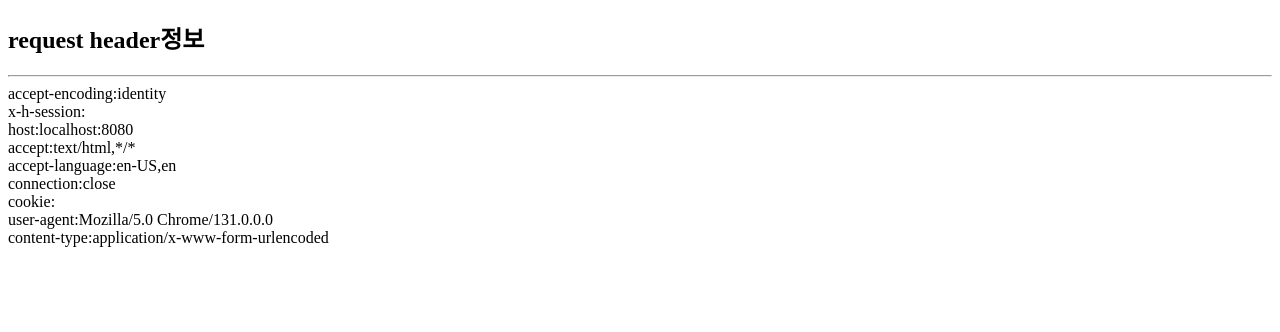
Repository: kimjoohye/study_WEB
Page: http://localhost/studyhtml5/jsp/j01/h08_request_header.jsp
These files come from the project's save history. The page is drawn as it stood at one moment and after the next save; the edit follows.
The browser window is 1280 px wide. The pictures show the whole page.
The page is served by Tomcat 9. Other server files are loaded and not shown.

Above is the page before, as saved 2022-05-13 05:17:33.

### workspace/studyhtml5/WebContent/jsp/j01/h08_request_header.jsp
<%@page import="java.util.Enumeration"%>
<%@ page language="java" contentType="text/html; charset=UTF-8"
    pageEncoding="UTF-8"%>
<!DOCTYPE html>
<html>
<head>
<meta charset="UTF-8">
<title>Insert title here</title>
</head>
<body>
	<h2>request header정보</h2>
	<hr/>
	<%--
		getHeaderNames() 요청과 관련된 모든 해더의 이름을 구한다.
	  getHeader(name) 이름이 name인 해더의 값을 String으로 구한다.
  --%>
	<%
	   Enumeration<String> names = request.getHeaderNames();
	   while(names.hasMoreElements()) {
		   String headerName = names.nextElement();
		   // System.out.println("headerName: "+ headerName);
		   out.println(headerName + ":" + request.getHeader(headerName)+"<br/>" );
	   }

	   String userAgent = request.getHeader("user-agent");
	%>

</body>
</html>

After the next save:
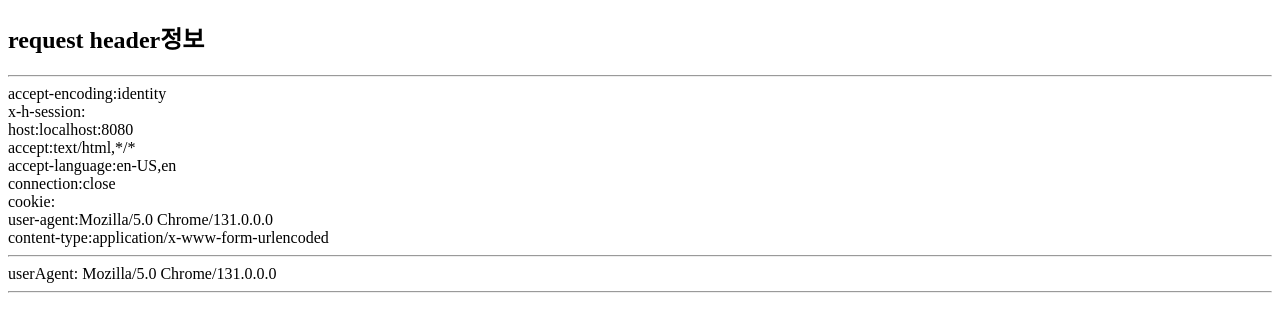
Saved 70 s later.
--- a/workspace/studyhtml5/WebContent/jsp/j01/h08_request_header.jsp
+++ b/workspace/studyhtml5/WebContent/jsp/j01/h08_request_header.jsp
@@ -21,8 +21,12 @@
 		   // System.out.println("headerName: "+ headerName);
 		   out.println(headerName + ":" + request.getHeader(headerName)+"<br/>" );
 	   }
+	   out.println("<hr/>");
+	   String userAgent = request.getHeader("user-agent");
+	   String host = request.getHeader("host");
+	   out.println("userAgent: "+userAgent+"<br/>");
+	   out.println("<hr/>");
 
-	   String userAgent = request.getHeader("user-agent");
 	%>
 
 </body>
